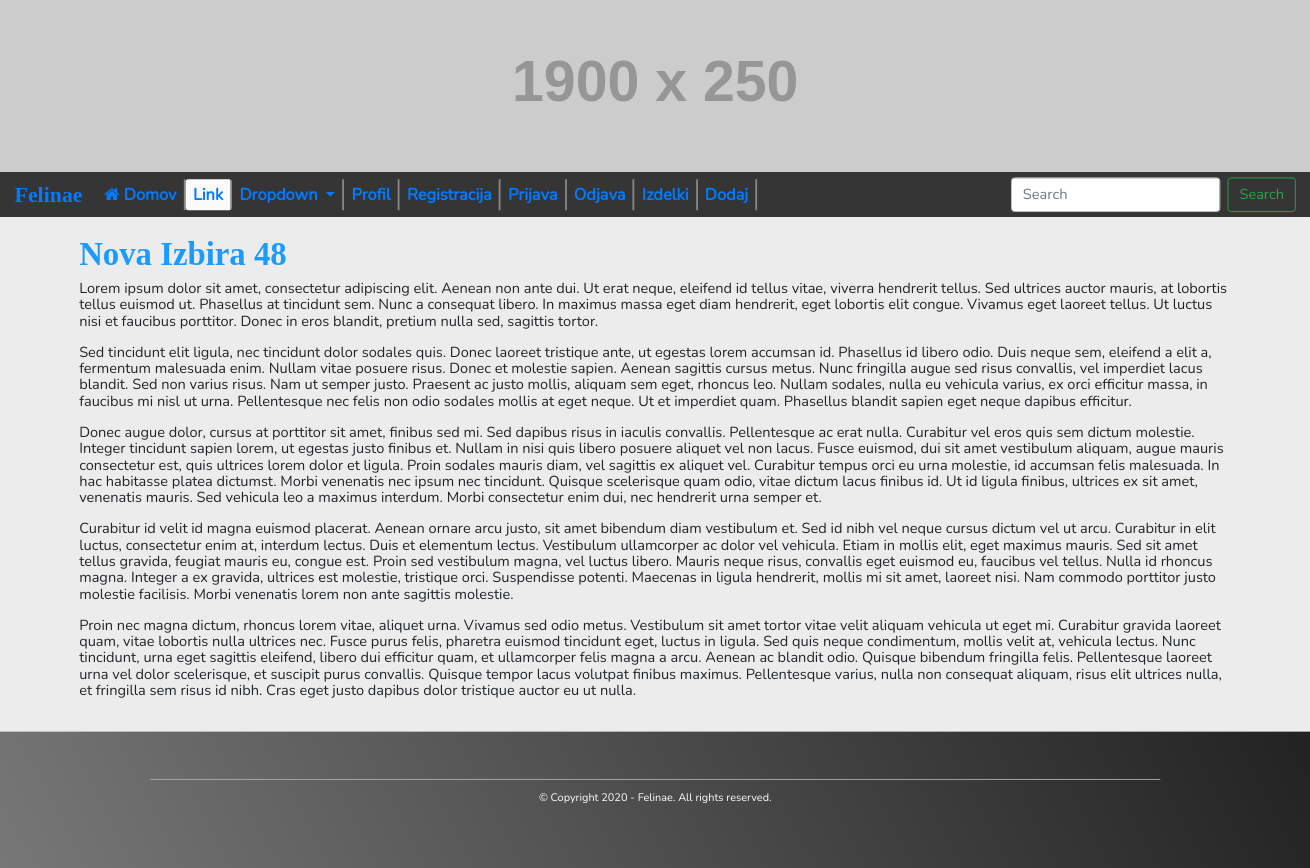
Repository: UrbyK/Felinae
Page: http://localhost/index.php?page=home
The author's editor kept a copy of each file at every save. The page is drawn from the files as they stood at one save, then again after the next save.
The browser window is 1440 px wide. The pictures show the whole page, at 91% of full size.
Some web fonts or font styles are not loaded; a fallback is used. The page is run by PHP 8.4 with error messages shown; the project is at /var/www/html/.

Above is the page before, as saved 2020-08-29 18:32:59.

After the next save:
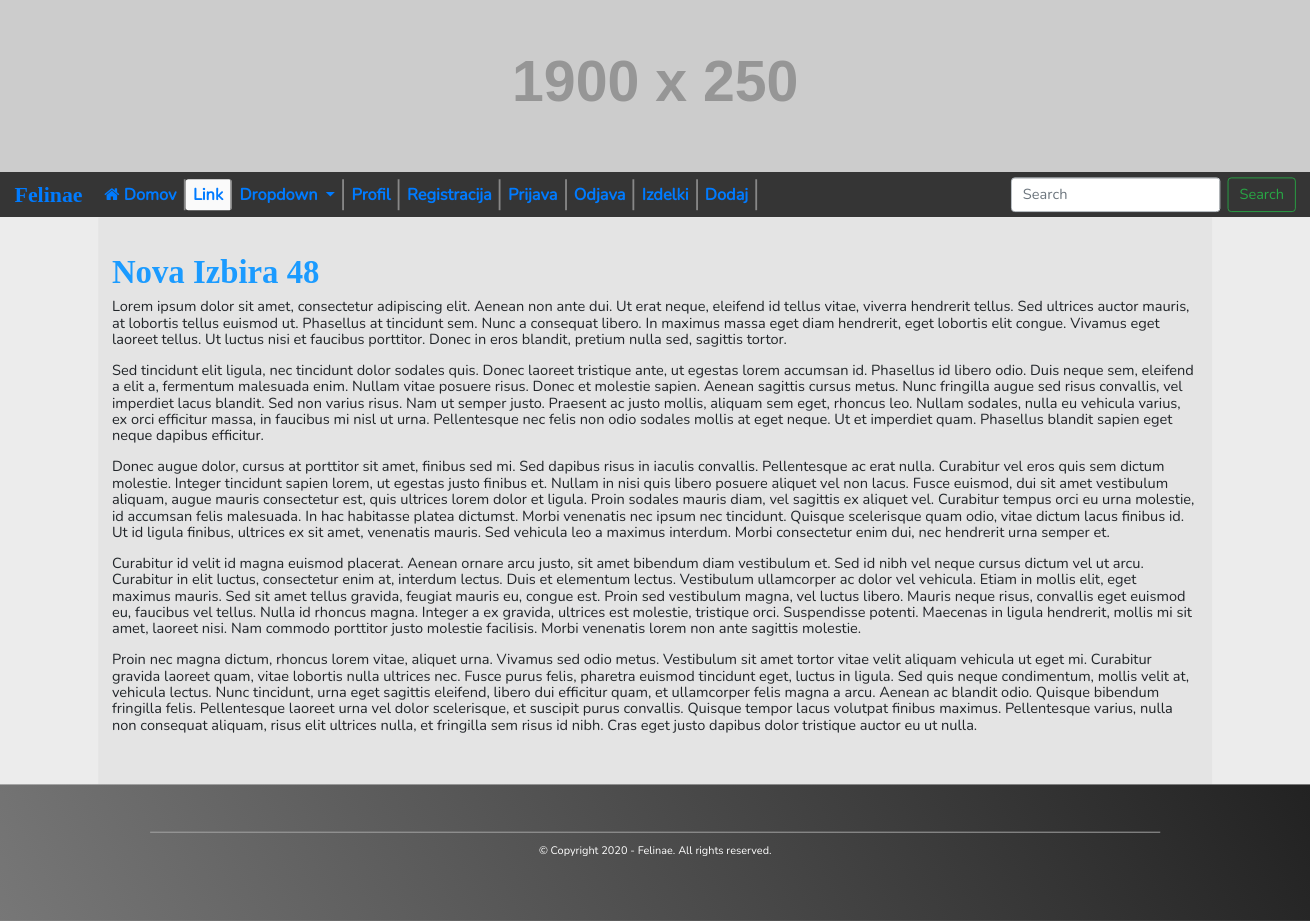
Saved 71 s later.
--- a/css/style.css
+++ b/css/style.css
@@ -48,7 +48,19 @@ h6{
 }
 
 .container-fluid{
-  width: 90%;
+  max-width: 100%;
+  width: auto;
+  height: auto;
+  align-content: center;
+  background-color: #e4e4e4;
+  padding-top: 20px;
+  padding-bottom: 20px;
+}
+
+@media all and (min-width: 1300px){
+  .container-fluid{
+    max-width: 85%;
+  }
 }
 
 .container, .container-fluid{
